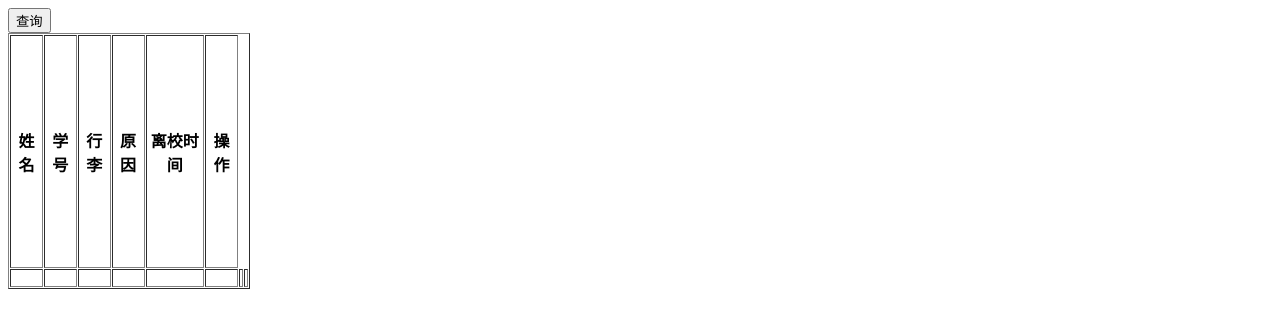
Repository: qqloli/fight
Page: http://localhost/s2sh/user_huilai.jsp
An editor plug-in stored every save of this project. The page is shown before and after the next save, followed by the edit.
The browser window is 1280 px wide. The pictures show the whole page.
The page is served by Tomcat 9. Nobody is signed in. The application's start-up code is not run.

Above is the page before, as saved 2019-06-19 08:08:51.

After the next save:
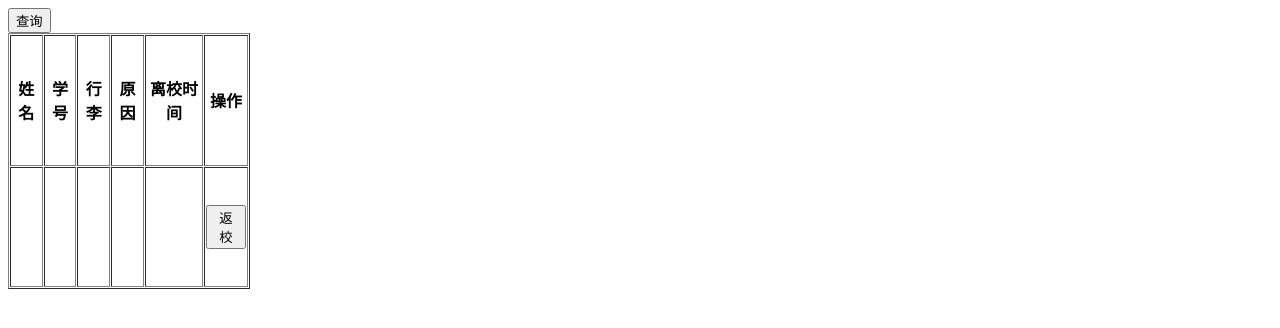
Saved 88 s later.
--- a/eclipse/s2sh/WebContent/user_huilai.jsp
+++ b/eclipse/s2sh/WebContent/user_huilai.jsp
@@ -48,26 +48,21 @@
                                       <s:property value="#u.name" />
                                   </td>
                                   <td>
-                                     <s:property value="#u.sexual" />
+                                     <s:property value="#u.number" />
                                   </td>
                                   <td>
-                                      <s:property value="#u.number" />
+                                      <s:property value="#u.package_" />
                                   </td>
                                   <td>
-                                      <s:property value="#u.grade" />
+                                      <s:property value="#u.reason" />
                                   </td>
                                   <td>
-                                      <s:property value="#u.zhunye" />
+                                      <s:property value="#u.leaveDate" />
                                   </td>
                                   <td>
-                                      <s:property value="#u.class_" />
+                                      <button>返校</button>
                                   </td>
-                                  <td>
-                                      <s:property value="#u.gongyu" />
-                                  </td>
-                                  <td>
-                                      <s:property value="#u.roomno" />
-                                  </td>
+
                               </tr>
                           </s:iterator>
                     </table>
